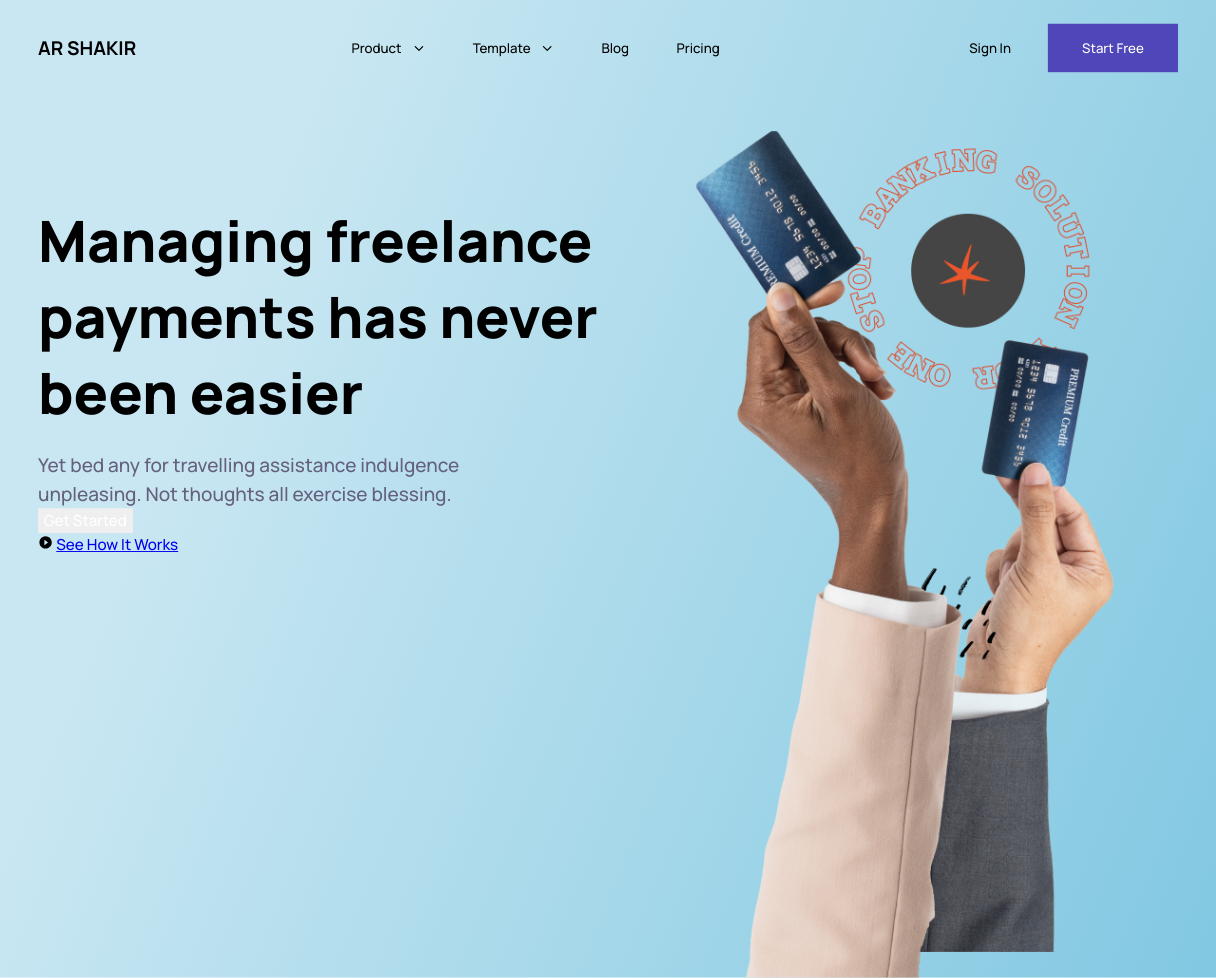
Repository: duongdori/ARShakir
Page: index.html
An editor plug-in stored every save of this project. The page is shown before and after the next save, followed by the edit.
The browser window is 1280 px wide. The pictures show the whole page, at 95% of full size.

Above is the page before, as saved 2022-04-02 16:34:23.

After the next save:
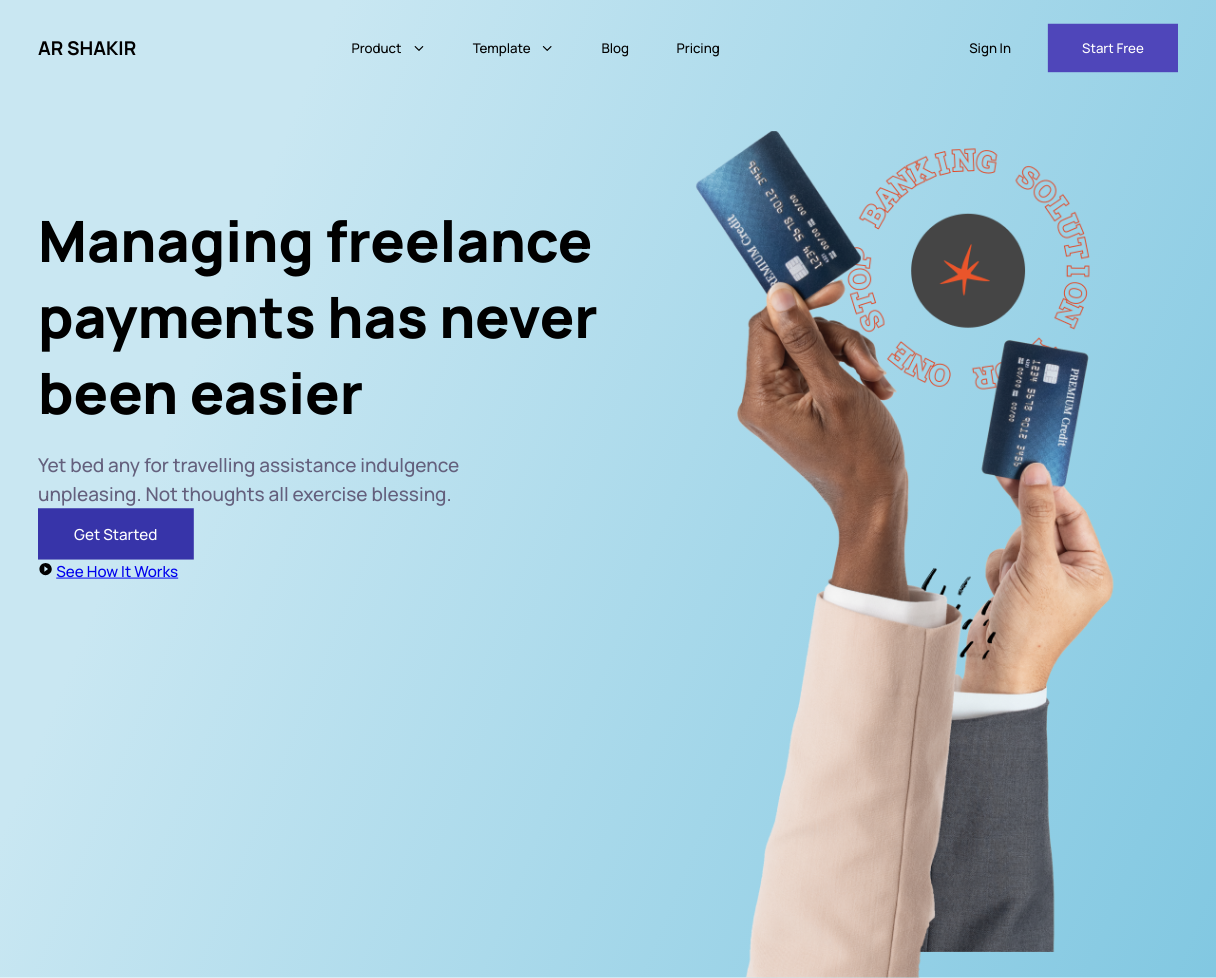
Saved 53 s later.
--- a/assets/css/main.css
+++ b/assets/css/main.css
@@ -152,6 +152,8 @@ body {
 
 .header-content-getstarted_btn{
     color: #fff;
+    padding: 15px 38px;
+    background-color: #3734A9;
 }
 
 .header-content-see_btn{
